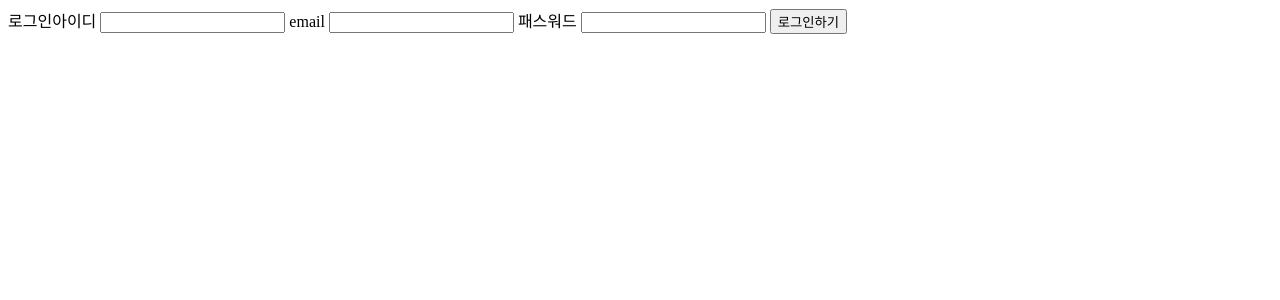
Repository: 2018YoungJinCollege-Com-3WDJ-3Group/WebCode
Page: http://localhost/login
The author's editor kept a record of every edit. The page is drawn from the files as they stood at one moment, then again after the next edit.
The browser window is 1280 px wide. The pictures show the whole page.
The page is served by the project's Laravel application, run on PHP 8.4 with Laravel 8. Other server files are loaded and not shown.

Above is the page before.

### project_0321/routes/web.php
<?php

/*
|--------------------------------------------------------------------------
| Web Routes
|--------------------------------------------------------------------------
|
| Here is where you can register web routes for your application. These
| routes are loaded by the RouteServiceProvider within a group which
| contains the "web" middleware group. Now create something great!
|
*/
//개인적으로 쓰이는 test파일 경로
Route::get('minsuk',function(){
   return view('minsuk');
});



Route::get('/test',function(){
    return view('test');
});

Route::get('/', function (){
    return view('project');
});
Route::get('sellboard/search','SellBoardController@search')->name('sellboard.search');

//mobile라우트
Route::resource('Msellboard','MoblieSellBoardController');
Route::resource('sellboard','SellBoardController');
Route::resource('main','MainController');
Route::post('main/transfer','MainController@transfer')->name('upload');
Route::get('register','Auth\RegisterController@create');
Route::post('register','Auth\RegisterController@store')->name('register');
Route::post('duplication','Auth\RegisterController@namecheck')->name('duplication');
Route::resource('login','Auth\LoginController');

### project_0321/app/Http/Controllers/Auth/LoginController.php
<?php
namespace App\Http\Controllers\Auth;
use DB;
use App\User;
use Illuminate\Http\Request;
use App\Http\Controllers\Controller;
use Illuminate\Foundation\Auth\AuthenticatesUsers;

class LoginController extends Controller
{
    /*
    |--------------------------------------------------------------------------
    | Login Controller
    |--------------------------------------------------------------------------
    |
    | This controller handles authenticating users for the application and
    | redirecting them to your home screen. The controller uses a trait
    | to conveniently provide its functionality to your applications.
    |
    */

    use AuthenticatesUsers;

    /**
     * Where to redirect users after login.
     *
     * @var string
     */
    protected $redirectTo = '/home';

    /**
     * Create a new controller instance.
     *
     * @return void
     */
    public function __construct()
    {
        $this->middleware('guest')->except('logout');
    }
    public function index()
    {
        return view('login');
    }
    public function store(Request $request)
    {

        $name=$request->get('name');
        $password=$request->get('password');
        $bool=DB::table('users')->where([['name', $name],['password',$password]])->exists();

        if($bool)
        {
            session_start();
            $s_id=session_id();
            $arr=array('check'=>$bool,'session_id'=>$s_id);

            $user = DB::table('users')->where('name',  $name)->first();

            $result=array_merge($arr,(array)$user);
            return json_encode($result);

        }
        else{
            $result=array('check'=>$bool);
            return json_encode($result);
        }
    }
}

### project_0321/resources/views/login.blade.php
<html>
    <body>
        <form method="post" action="{{route('register')}}">
             <!--<input type="hidden" name="_token" value="{{csrf_token()}}">-->
            <label>로그인아이디</label>
            <input type='text' name='name'>

            <label>email</label>
            <input type='text' name='email'>
            <label for="password">패스워드</label>
            <input type="password" name="password"/>
            <input type="submit" value='로그인하기'/>
        </form>
        @if($errors->any())
        <div class="alert alert-danger" role="alert">
            <span class="glyphicon glyphicon-exclamation-sign"></span>
            <span class="sr-only">Error:</span>
            @foreach($errors->all() as $message)
                {{$message}}
            @endforeach
        </div>
    @endif
    </body>
</html>

Loaded but not shown: project_0321/app/Http/Controllers/Controller.php (common file)

After the next edit:
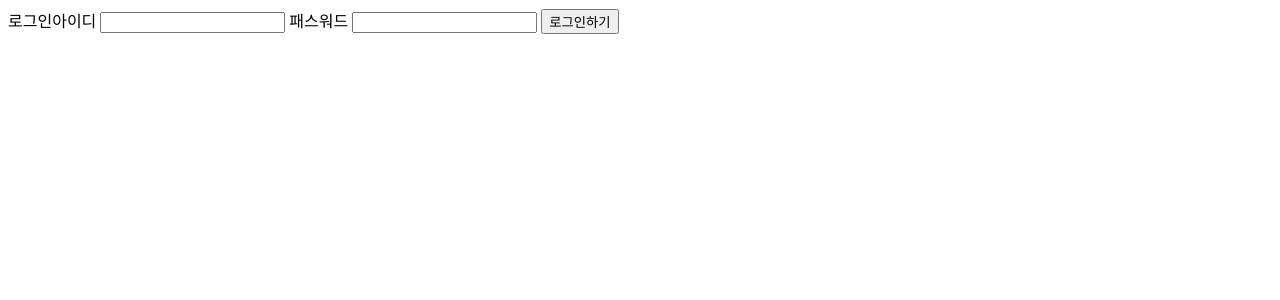
The edit:
--- a/project_0321/resources/views/login.blade.php
+++ b/project_0321/resources/views/login.blade.php
@@ -4,9 +4,6 @@
              <!--<input type="hidden" name="_token" value="{{csrf_token()}}">-->
             <label>로그인아이디</label>
             <input type='text' name='name'>
-
-            <label>email</label>
-            <input type='text' name='email'>
             <label for="password">패스워드</label>
             <input type="password" name="password"/>
             <input type="submit" value='로그인하기'/>
